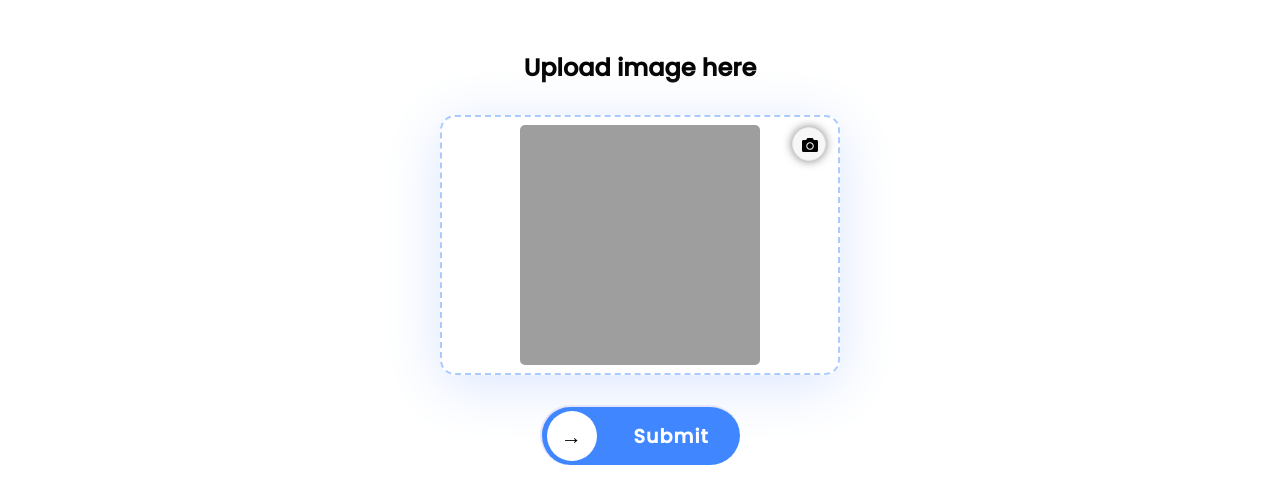
Repository: ThuongDuy/Phan_loai_anh
Page: hcsdlpt/index.html
An editor plug-in stored every save of this project. The page is shown before and after the next save, followed by the edit.
The browser window is 1280 px wide. The pictures show the whole page.
Pictures or frames that could not be fetched are drawn as grey boxes. Some web libraries are served in a nearby version.

Above is the page before, as saved 2023-06-02 12:23:02.

After the next save:
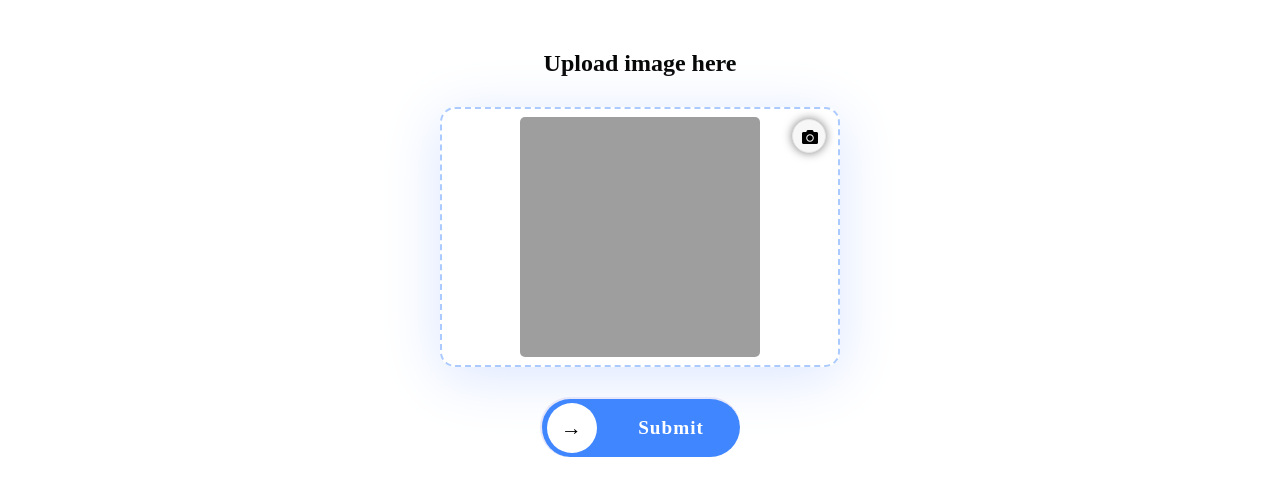
Saved 5 min 31 s later.
--- a/hcsdlpt/index.html
+++ b/hcsdlpt/index.html
@@ -6,7 +6,12 @@
     <meta http-equiv="X-UA-Compatible" content="IE=edge">
     <meta name="viewport" content="width=device-width, initial-scale=1.0">
     <title>Document</title>
-    <link rel="stylesheet" href="https://fonts.googleapis.com/css2?family=Poppins:wght@300;400;500&amp;display=swap">
+    <!-- <link rel="stylesheet" href="https://fonts.googleapis.com/css2?family=Poppins:wght@300;400;500&amp;display=swap"> -->
+    <link rel="preconnect" href="https://fonts.googleapis.com">
+    <link rel="preconnect" href="https://fonts.gstatic.com" crossorigin>
+    <link
+        href="https://fonts.googleapis.com/css2?family=Archivo:ital,wght@0,100;0,200;0,300;0,400;0,500;0,600;0,700;0,800;0,900;1,100;1,200;1,300;1,400;1,500;1,600;1,700;1,800;1,900&family=Roboto:wght@400;500;700&display=swap"
+        rel="stylesheet">
     <link rel="stylesheet" href="https://unpkg.com/boxicons@2.0.7/css/boxicons.min.css">
     <link rel="stylesheet" href="./main.css">
 </head>
